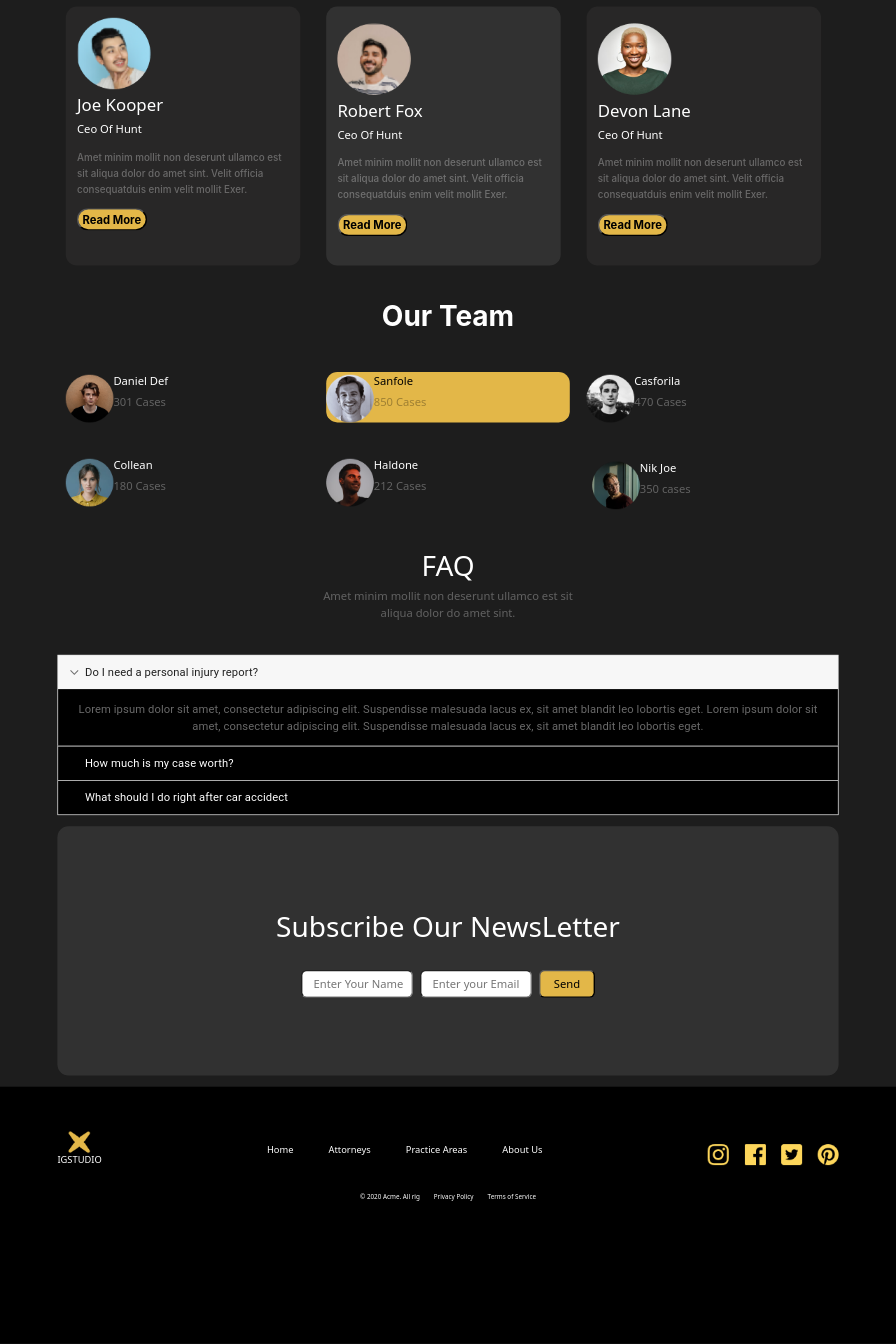
Repository: Senthil-Bala/LawFirm
Page: /
An editor plug-in stored every save of this project. The page is shown before and after a run of saves, followed by the edit.
The browser window is 1280 px wide. The pictures show the part of the page from y = 2298 to 4218 px (the page is 4234 px tall), at 70% of full size.
The project was rebuilt for these pictures with package versions that can differ from the ones it lists, and the page was loaded fresh each time. Also part of the build but not shown: src/App.css.

Above is the page before, as saved 2023-11-29 19:50:24.

### src/Components/Navbars/Navbar.jsx
import React from 'react'
import Studio from "../assests/logo.png";
import "./Navbar.css"

function Navbar() {
  return (
    <div className='navbar'>
        <div className="logo ">
            <img src={Studio} alt="Logo"/>
            <p>IGSTUDIO</p>
        </div>
        <div className="mid">
            <p>Home</p>
            <p>Attorneys</p>
            <p>Practice</p>
            <p>About Us</p>
        </div>
        <div className="btn">
            <button>Contact Now</button>
        </div>
    </div>
  )
}

export default Navbar

### src/Components/Heroess/HeroSection.jsx
import React from "react";
import "./HeroSection.css";
import Hero from "../assests/hero.png";
import Container from 'react-bootstrap/Container';
import Row from 'react-bootstrap/Row';
import Col from 'react-bootstrap/Col';
function HeroSection() {
  return (
    <div className="hero">
      <div className="contentLeft">
        <p id="mainHeading">You don’t have to Fight them Alone.</p>
        <p id="subHeading">
          Lorem ipsum dolor sit amet consectetur adipiscing elit blandit,
          curabitur sodales conubia ut inceptos faucibus himenaeos tortor eget,
          hac massa gravida arcu interdum proin curae.
        </p>
        <div className="d-flex">
        <input type="text" placeholder="Share your Email-Id" id="random"/>
        <button className="inBtn mx-2">Lets Talk</button>
        </div>
      </div>
      <div className="contentRight">
        <img src={Hero} alt="Hero" />
      </div>
    </div>

  //   <Container>
  //   <Row>
  //     <Col sm={12} md={6} lg={6} >
  //     <div className="contentLeft">
  //   <p id="mainHeading">You don’t have to Fight them Alone.</p>
  //        <p id="subHeading">
  //        Lorem ipsum dolor sit amet consectetur adipiscing elit blandit,
  //          curabitur sodales conubia ut inceptos faucibus himenaeos tortor eget,
  //          hac massa gravida arcu interdum proin curae.
  //        </p>
  //         <input type="text" placeholder="Share your Email-Id" />
  //     <button className="inBtn">Lets Talk</button>
  //      </div >
  //     </Col>
  //     <Col sm={12} md={6} lg={6}>
  //     <div className="contentRight mt-5">
  //       <img src={Hero} alt="Hero" />
  //    </div>
  //     </Col>
  //   </Row>

  // </Container>








  );
}

export default HeroSection;

### src/Components/Mainss/Main.jsx
import React from "react";
import "./Main.css";
import Container from 'react-bootstrap/Container';
import Row from 'react-bootstrap/Row';
import Col from 'react-bootstrap/Col';
function Main() {
  return (
    <div className="main">
    <div className="left">
        <p>Let’s Introduce <br /> Ourself</p>
    </div>
    {/* <div className="vertical-line"></div> */}
    <div className="right">
        <p id="heading">Criminal Lawyer</p>
        <p id="subHeading">
            Amet minim mollit non deserunt ullamco est sit aliqua dolor do amet
            sint. Velit officia consequatduis enim velit mollit Exercitation.
        </p>
    </div>
</div>



    //Grid layouts

  //   <Container className="mt-5 pt-5">
  //   <Row>
  //     <Col sm={12} md={6} lg={6}>
  //     <div className="left">
  //       <p>Let’s Introduce Ourself</p>
  //     </div>
  //     </Col>
  //     <Col  sm={12} md={6} lg={6}>
  //     <div className="right">
  //       <p id="heading">Criminal Lawyer</p>
  //       <p id="subHeading">
  //         Amet minim mollit non deserunt ullamco est sit aliqua dolor do amet
  //         sint. Velit officia consequatduis enim velit mollit Exercitation.
  //       </p>
  //     </div>
  //     </Col>
  //   </Row>

  // </Container>
  );
}

export default Main;

### src/Components/Box/Boxes.jsx
import React from "react";
import "./Boxes.css";
import Box from "../assests/box.png";
import Container from 'react-bootstrap/Container';
import Row from 'react-bootstrap/Row';
import Col from 'react-bootstrap/Col';
function Boxes() {
  return (
    // <div className="box">
    //   <h1>Why Choose us ?</h1>
    //   <br />
    //   <div className="chooseBox">
    //     <div className="box1">
    //       <img src={Box} alt="" className="mt-2" />
    //       <h4 className="mt-4">100 Success Rate</h4>
    //       <p className="small">
    //         Amet minim mollit non deserunt ullamco est sit aliqua dolor do amet
    //         sint. Velit officia consequatduis enim velit mollit Exer.
    //       </p>
    //     </div>
    //     <div className="box2">
    //       <img src={Box} alt="" className="mt-2" />
    //       <h4 className="mt-4">100 Success Rate</h4>
    //       <p className="small">
    //         Amet minim mollit non deserunt ullamco est sit aliqua dolor do amet
    //         sint. Velit officia consequatduis enim velit mollit Exer.
    //       </p>
    //     </div>
    //     <div className="box3">
    //       <img src={Box} alt="" className="mt-2" />
    //       <h4 className="mt-4">100 Success Rate</h4>
    //       <p className="small">
    //         Amet minim mollit non deserunt ullamco est sit aliqua dolor do amet
    //         sint. Velit officia consequatduis enim velit mollit Exer.
    //       </p>
    //     </div>
    //   </div>
    // </div>
    //Grid layouts

<div>
<h1  className="text-center my-5 heading">Why Choose us ?</h1>

<Container>
<Row className="gx-5 gy-5">
        <Col sm={12} md={6} lg={4} g-5 >
        <div className="box1 mt-2 mr-2">
          <img src={Box} alt="" className="mt-2" />
          <h4 className="mt-4">100 Success Rate</h4>
          <p className="small">
            Amet minim mollit non deserunt ullamco est sit aliqua dolor do amet
            sint. Velit officia consequatduis enim velit mollit Exer.
          </p>
          <button className="chip">Read More</button>
        </div>
        </Col>
        <Col sm={12} md={6} lg={4}>
        <div className="box2 mt-2 mr-2">
          <img src={Box} alt="" className="mt-2" />
          <h4 className="mt-4">100 Success Rate</h4>
          <p className="small">
            Amet minim mollit non deserunt ullamco est sit aliqua dolor do amet
            sint. Velit officia consequatduis enim velit mollit Exer.
          </p>
          <button className="chip" >Read More</button>
        </div>
        </Col>
        <Col sm={12} md={6} lg={4}>
        <div className="box3 mt-2 mr-2">
          <img src={Box} alt="" className="mt-2" />
          <h4 className="mt-4">100 Success Rate</h4>
          <p className="small">
            Amet minim mollit non deserunt ullamco est sit aliqua dolor do amet
            sint. Velit officia consequatduis enim velit mollit Exer.
          </p>
          <button className="chip">Read More</button>
        </div>
        </Col>
      </Row>

    </Container>
    </div>

  );
}

export default Boxes;

### src/Components/Practicsing/Practices.jsx
import React from "react";
import Container from "react-bootstrap/Container";
import Row from "react-bootstrap/Row";
import Col from "react-bootstrap/Col";
import Left from "../assests/left.png";
import Right from "../assests/right.png";
import "./Practices.css";

function Practices() {
  return (
    <div>
      <h1 className="text-center my-5 heading">Area of Practices</h1>

      <Container>
        <Row className="mt-3">
          <Col xs={12} sm={8}>
            <img src={Left} alt="Business law" className="left" />
            <p className="title">Business law</p>

          </Col>
          <Col xs={12} sm={4}>
            <img src={Right} alt="Partnership Law" className="right" />
            <p className="title">Partnership law</p>

          </Col>
        </Row>
        <Row className="mt-3">
        <Col xs={12} sm={4}>
            <img src={Right} alt="Partnership Law" className="right" />
            <p className="title">Real Estate law</p>
          </Col>
          <Col xs={12} sm={8}>
            <img src={Left} alt="Business law" className="left" />
            <p className="title">Business law</p>

          </Col>

        </Row>
        <Row className="mt-3">
          <Col xs={12} sm={8}>
            <img src={Left} alt="Business law" className="left" />
            <p className="title">LandLord Disruptes law</p>

          </Col>
          <Col xs={12} sm={4}>
            <img src={Right} alt="Partnership Law" className="right" />
            <p className="title">ELDER ABSUTE</p>

          </Col>
        </Row>
      </Container>
    </div>
  );
}

export default Practices;

### src/Components/Teamss/Team.jsx
import React from 'react'
import Container from 'react-bootstrap/esm/Container'
import Row from 'react-bootstrap/Row';
import Col from 'react-bootstrap/Col';
import Daniel from "../assests/Daniel.png";
import Sanfole from "../assests/Sanfole.png";
import Casforila from "../assests/Casforila.png";
import Collean from "../assests/Collean.png";
import Haldone from "../assests/Haldone.png";
import Nik from "../assests/Nik.png"
import "./Team.css"

function Team() {
  return (
    <div className='teamDiv my-3'>
        <h1 className="text-center mt-5 heading">Our Team</h1>

        <Container>
        <Row>

        <Col xs={6} md={4} lg={4} className='mt-5'>
            <div className="items d-flex pt-1 ">
        <img src={Daniel} alt="" className='mr-3'/>
        <div>
          <h6 >Daniel Def</h6>
          <p className="opac">301 Cases</p>
          </div>
          </div>
        </Col>

        <Col xs={6} md={4} lg={4} className='mt-5'>
            <div className="items d-flex sanfole pt-1 ">
        <img src={Sanfole} alt="" className='mr-3 '/>
        <div>
          <h6>Sanfole</h6>
          <p className="opac">850 Cases</p>
          </div>
          </div>
        </Col>

        <Col xs={6} md={4}  lg={4} className='mt-5'>
            <div className="items d-flex pt-1">
        <img src={Casforila} alt="" className='mr-3'/>
        <div>
          <h6 >Casforila</h6>
          <p className="opac">470 Cases</p>
          </div>
          </div>
        </Col>

        <Col xs={6} md={4} lg={4} className='mt-5'>
            <div className="items d-flex pt-1 ">
        <img src={Collean} alt="" className='mr-3'/>
        <div>
          <h6 >Collean</h6>
          <p className="opac">180 Cases</p>
          </div>
          </div>
        </Col>

        <Col xs={6} md={4}  lg={4} className='mt-5'>
            <div className="items d-flex pt-1">
        <img src={Haldone} alt="" className='mr-3'/>
        <div>
          <h6 >Haldone</h6>
          <p className="opac">212 Cases</p>
          </div>
          </div>
        </Col>

        <Col xs={6} md={4}  lg={4} className='mt-5'>
            <div className="items d-flex p-2">
        <img src={Nik} alt="" className='mr-3'/>
        <div>
          <h6 >Nik Joe</h6>
          <p className="opac">350 cases</p>
          </div>
          </div>
        </Col>

      </Row>
      </Container>
    </div>
  )
}

export default Team

### src/Components/Frequents/Faq.jsx
import React from "react";
import Accordionss from "./Accordionss"
import "./Faq.css"
function Faq() {
  return (
    <div className="text-center my-3">
      <div className="faq mt-5">
        <h1 className="m">FAQ</h1>
        <p className="faqContent">
          Amet minim mollit non deserunt ullamco est sit <br /> aliqua dolor do amet
          sint.
        </p>
      </div>
      <div className="accordions mt-5">
        <Accordionss/>
      </div>
    </div>
  );
}

export default Faq;

### src/Components/Subscribes/Subscribe.jsx
import React from 'react'
import "./Subscribe.css"
function Subscribe() {
  return (
    <div className='subscribes mt-3'>
    <div className="newsLetter">
<h1 className='text-center mt-2'>Subscribe Our NewsLetter</h1>
</div>
<div className="inputAndbutton">
    <input type="text" className='inputOne' placeholder='Enter Your Name'/>
    <input type="text" className='inputOne' placeholder='Enter your Email'/>
    <button id='send'>Send</button>
</div>
    </div>
  )
}

export default Subscribe

### src/Components/Footers/Footer.jsx
import React from 'react'
import "./Footer.css";
import logo from "../assests/logo.png";
import Group from "../assests/group.png"
function Footer() {
  return (
    <div className='footerDiv my-3'>
        <div className="firstDiv container text-center">
           <div className='logoDiv'>
            <img src={logo} alt="logo" />
            <p>IGSTUDIO</p>
           </div>
           <div className="mainDiv ">
            <p>Home</p>
            <p>Attorneys</p>
            <p>Practice Areas</p>
            <p>About Us</p>
           </div>
           <div>
            <img src={Group} alt="Icons" />
           </div>
        </div>
        <br />
        <div className="secondDiv  ">
            <p>© 2020 Acme. All rig</p>
            <p>Privacy Policy</p>
            <p>Terms of Service</p>
        </div>

    </div>
  )
}

export default Footer

### src/Components/Navbars/Navbar.css
.navbar {
    display: flex;
    justify-content: space-between;
    align-items: center;
    /* width: 100%;
    height: 3rem; */

}

.mid {
    display: flex;
    gap: 30px;
    font-family: Inter;
    text-align: center;
    justify-content: space-between;
    align-items: center;

}

.btn button {
    border: 2px solid #FFFFFF;
    background-color: #1D1D1D;
    color: #FFFFFF;
    /* justify-content: center;
    align-items: center; */
}

.logo {
    display: flex;
    justify-content: center;
    align-items: center;
    gap: 20px;
}

.logo img{
    height: 1rem;
}

### src/Components/Heroess/HeroSection.css
.hero {
    display: flex;
    justify-content: space-between;
    align-items: center;
    gap: 30px;
    font-family: Inter;

}

.contentLeft {
    margin-top: 5rem;
    display: flex;
    flex-direction: column;
    gap: 30px;
}

.contentRight {
    width: 467.71px;
    height: 467.71px;
}

.inBtn {
    background: rgba(227, 183, 72, 1);

    color: black;
    font-family: Inter;
    font-weight: bold;
    height: 3rem;
    padding: 1rem;
    display: flex;
    justify-content: center;
    align-items: center;
    border-radius: 3rem;
    text-align: center;
    /* position: absolute; */
    right: 58.5%;
    top: 77.5%;
    outline: 0;
}

#random{
    height: 3rem;
    padding: 1rem;
    border-radius: 3rem;
    width: 21rem;
    /* position: relative; */
    background-color:rgb(47, 50, 50);
    color: darkslategray;
    outline: 0;
}

#mainHeading {
    font-size: 66px;
    font-weight: 500;
    line-height: 97px;
    letter-spacing: 0em;
    text-align: left;

}

#subHeading {
    color: dimgrey;

}

### src/Components/Mainss/Main.css
.main {
    display: flex;
    justify-content: center;
    text-align: center;
    margin-top: 6rem;
}

.left {
    font-family: Inter;
    font-size: 54px;
    font-weight: 600;
    line-height: 87px;
    text-align: left;


}
/* Styling for the main container */
.main {
    display: flex;
    align-items: center;
}

/* Styling for the vertical line */
.vertical-line {
    border-left: 1px solid dimgray; /* Set color for the left border */
    height: 100px; /* Set height of the line */
    margin: 0 20px; /* Adjust margin as needed */
}



.right{
    display: flex;
    flex-direction: column;

}
#heading {
    font-family: Inter;
    font-size: 32px;
    font-weight: 600;
    line-height: 52px;
    letter-spacing: 0em;
    text-align: center;
    /* width: 475px;
    height: 155px; */

}
#subHeading{
    color: dimgrey;
    /* width: 475px;
height: 87px;

opacity: 0.3px; */

}

### src/Components/Box/Boxes.css
.box{
    margin-top: 6rem;
    text-align: center;
}
.chooseBox{
    display: flex;
    justify-content: space-between;
}
.box1,.box2,.box3{
    width: 335px;
height: 370px;
padding: 1rem;
text-align: left;
/* border: 2px solid; */
border-radius: 1rem;
background-color:rgb(40, 39, 39);

}
.box2{
    background: rgba(71, 71, 71, 0.5);

}
.small{
    font-family: Inter;
font-size: 14px;
font-weight: 500;
line-height: 23px;
letter-spacing: 0em;
text-align: left;
opacity: 30%;

}
.chip{
    background: rgba(227, 183, 72, 1);

    color: black;
    font-family: Inter;
    font-weight: bold;
    height: 2rem;
    /* padding: 1rem; */
    display: flex;
    justify-content: center;
    align-items: center;
    border-radius: 1.5rem;
    text-align: center;
}
.heading{
    font-family: Inter;
    font-weight: bold;

}

### src/Components/Practicsing/Practices.css
.left{
    width:35rem;
    height:12rem;
    text-transform: uppercase;
    position: relative;

}
.right{
    width:15rem;
    height:12rem;
    position: relative;

}
.title{
    position: absolute;
    bottom: 0px;
    left: 30%;
    text-align: center;
    text-transform: uppercase;
}

### src/Components/ClientSides/Clients.css
.arrows button{
    border-radius: 50%;
    height: 3rem;
    width: 3rem;
}
.rgt{
    background: rgba(227, 183, 72, 1);
}
.box2{
    background: rgba(71, 71, 71, 0.5);

}

### src/Components/Teamss/Team.css
.opac{
    opacity: 30%;
}

.sanfole{
    background: rgba(227, 183, 72, 1);
border-radius: 1rem;
color: black;

}

### src/Components/Frequents/Accordionss.jsx
import * as React from 'react';
import { styled } from '@mui/material/styles';
import ArrowForwardIosSharpIcon from '@mui/icons-material/ArrowForwardIosSharp';
import MuiAccordion from '@mui/material/Accordion';
import MuiAccordionSummary from '@mui/material/AccordionSummary';
import MuiAccordionDetails from '@mui/material/AccordionDetails';
import Typography from '@mui/material/Typography';
import "./Accordionss.css"
const Accordion = styled((props) => (
  <MuiAccordion disableGutters elevation={0} square {...props} />
))(({ theme }) => ({
  border: `1px solid ${theme.palette.divider}`,
  '&:not(:last-child)': {
    borderBottom: 0,
  },
  '&:before': {
    display: 'none',
  },
}));

const AccordionSummary = styled((props) => (
  <MuiAccordionSummary
    expandIcon={<ArrowForwardIosSharpIcon sx={{ fontSize: '0.9rem' }} />}
    {...props}
  />
))(({ theme }) => ({
  backgroundColor:
    theme.palette.mode === 'dark'
      ? 'rgba(255, 255, 255, .05)'
      : 'rgba(0, 0, 0, .03)',
  flexDirection: 'row-reverse',
  '& .MuiAccordionSummary-expandIconWrapper.Mui-expanded': {
    transform: 'rotate(90deg)',
  },
  '& .MuiAccordionSummary-content': {
    marginLeft: theme.spacing(1),
  },
}));

const AccordionDetails = styled(MuiAccordionDetails)(({ theme }) => ({
  padding: theme.spacing(2),
  borderTop: '1px solid rgba(0, 0, 0, .125)',
}));

export default function CustomizedAccordions() {
  const [expanded, setExpanded] = React.useState('panel1');

  const handleChange = (panel) => (event, newExpanded) => {
    setExpanded(newExpanded ? panel : false);
  };

  return (
    <div>
      <Accordion expanded={expanded === 'panel1'} onChange={handleChange('panel1')}>
        <AccordionSummary aria-controls="panel1d-content" id="panel1d-header" className='head'>
          <Typography>Do I need a personal injury report?</Typography>
        </AccordionSummary>
        <AccordionDetails className='details'>
          <Typography>
            Lorem ipsum dolor sit amet, consectetur adipiscing elit. Suspendisse
            malesuada lacus ex, sit amet blandit leo lobortis eget. Lorem ipsum dolor
            sit amet, consectetur adipiscing elit. Suspendisse malesuada lacus ex,
            sit amet blandit leo lobortis eget.
          </Typography>
        </AccordionDetails>
      </Accordion>
      <Accordion expanded={expanded === 'panel2'} onChange={handleChange('panel2')}>
        <AccordionSummary aria-controls="panel2d-content"  id='head'>
          <Typography>How much is my case worth?</Typography>
        </AccordionSummary>
        <AccordionDetails className='details'>
          <Typography>
            Lorem ipsum dolor sit amet, consectetur adipiscing elit. Suspendisse
            malesuada lacus ex, sit amet blandit leo lobortis eget. Lorem ipsum dolor
            sit amet, consectetur adipiscing elit. Suspendisse malesuada lacus ex,
            sit amet blandit leo lobortis eget.
          </Typography>
        </AccordionDetails>
      </Accordion>
      <Accordion expanded={expanded === 'panel3'} onChange={handleChange('panel3')}>
        <AccordionSummary aria-controls="panel3d-content"  id='head'>
          <Typography>What should I do right after car accidect</Typography>
        </AccordionSummary>
        <AccordionDetails className='details'>
          <Typography>
            Lorem ipsum dolor sit amet, consectetur adipiscing elit. Suspendisse
            malesuada lacus ex, sit amet blandit leo lobortis eget. Lorem ipsum dolor
            sit amet, consectetur adipiscing elit. Suspendisse malesuada lacus ex,
            sit amet blandit leo lobortis eget.
          </Typography>
        </AccordionDetails>
      </Accordion>
    </div>
  );
}

### src/Components/Frequents/Faq.css
.faqContent{
    opacity: 30%;
}

### src/Components/Subscribes/Subscribe.css
.subscribes{
height: 356px;
background: rgba(71, 71, 71, 0.5);
display: flex;
flex-direction: column;
justify-content: center;
align-items: center;
border-radius: 1rem;
gap: 30px;
}
#send{
    background: rgba(227, 183, 72, 1);
    height: 2.5rem;
    width: 5rem;
    border-radius: 0.5rem;

}
.inputOne{
    width: 10rem;
    height: 2.5rem;
    border-radius: 0.5rem;
    padding-left: 1rem;

}
.inputAndbutton{
display: flex;
justify-content: space-between;
gap: 10px;
}

### src/Components/Footers/Footer.css
.footerDiv{

height: 367px;
/* border: 1px solid white; */
display: flex;
flex-direction: column;
font-size: smaller;
background-color: black;
/* width: 100%; */


}
.firstDiv{
    display: flex;
    justify-content: space-between;
    align-items: center;
    margin-top: 4rem;
}
.mainDiv{
    display: flex;
    justify-content: center;
    /* align-items: center; */
    gap:50px;
}
.secondDiv{
    display: flex;
    justify-content: center;
    align-items: center;
    gap:20px;
    /* margin-top: 2rem; */
    font-size: xx-small;

}

### src/Components/Frequents/Accordionss.css
.details{
    background-color: black;
    color: dimgrey;
}

#head{
    background-color: black;
    color: white;
}

Loaded but not shown: public/index.html (common file); src/index.js (common file); src/index.css (common file); src/reportWebVitals.js (common file); src/App.js (34 lines, source omitted); src/Components/ClientSides/Clients.jsx (99 lines, source omitted)

After the next 2 saves:
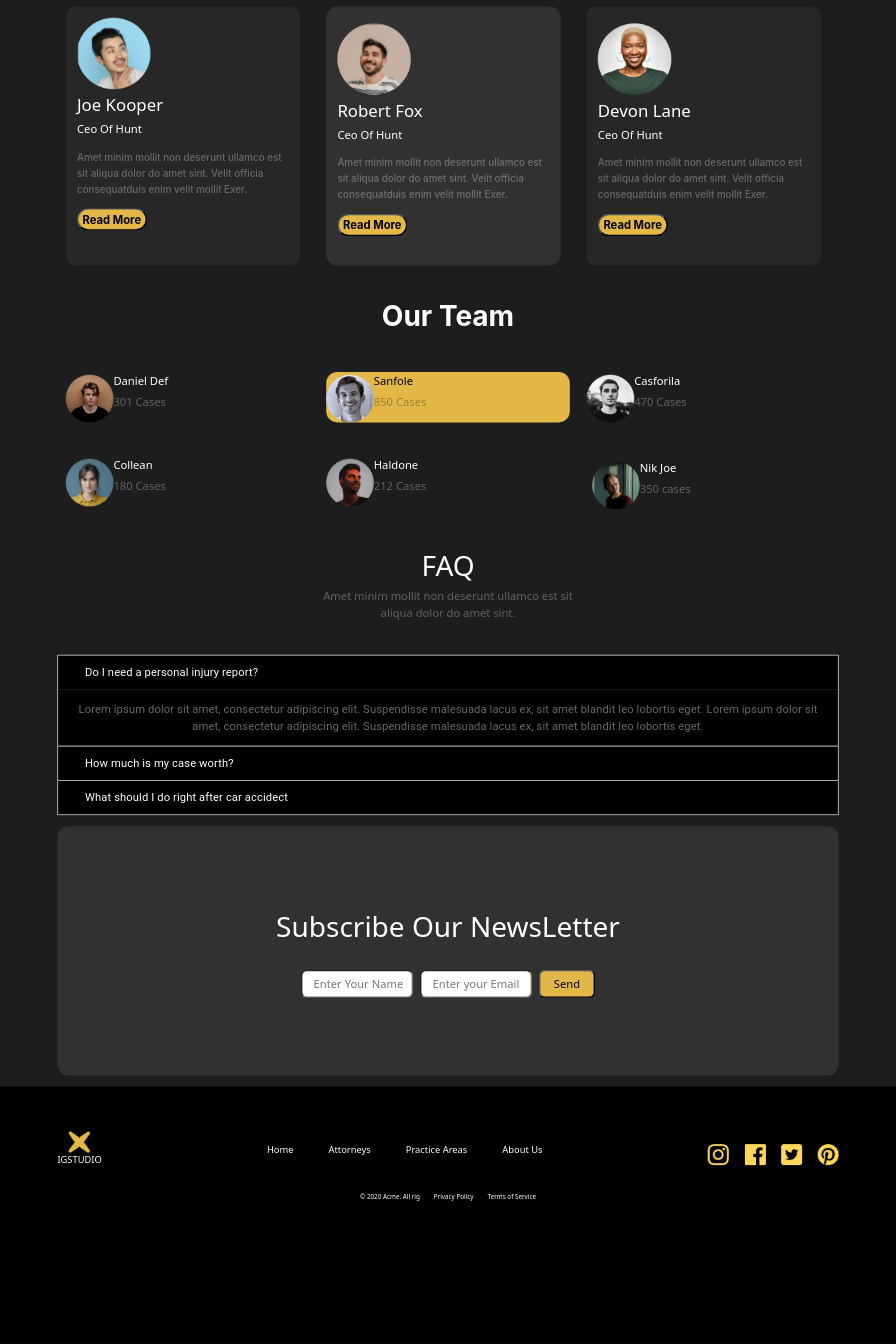
The 2 saves are shown as one change because they came seconds apart.
The last was saved 8 s later.
--- a/src/Components/Frequents/Accordionss.jsx
+++ b/src/Components/Frequents/Accordionss.jsx
@@ -52,7 +52,7 @@ export default function CustomizedAccordions() {
   return (
     <div>
       <Accordion expanded={expanded === 'panel1'} onChange={handleChange('panel1')}>
-        <AccordionSummary aria-controls="panel1d-content" id="panel1d-header" className='head'>
+        <AccordionSummary aria-controls="panel1d-content"  id='head'>
           <Typography>Do I need a personal injury report?</Typography>
         </AccordionSummary>
         <AccordionDetails className='details'>
